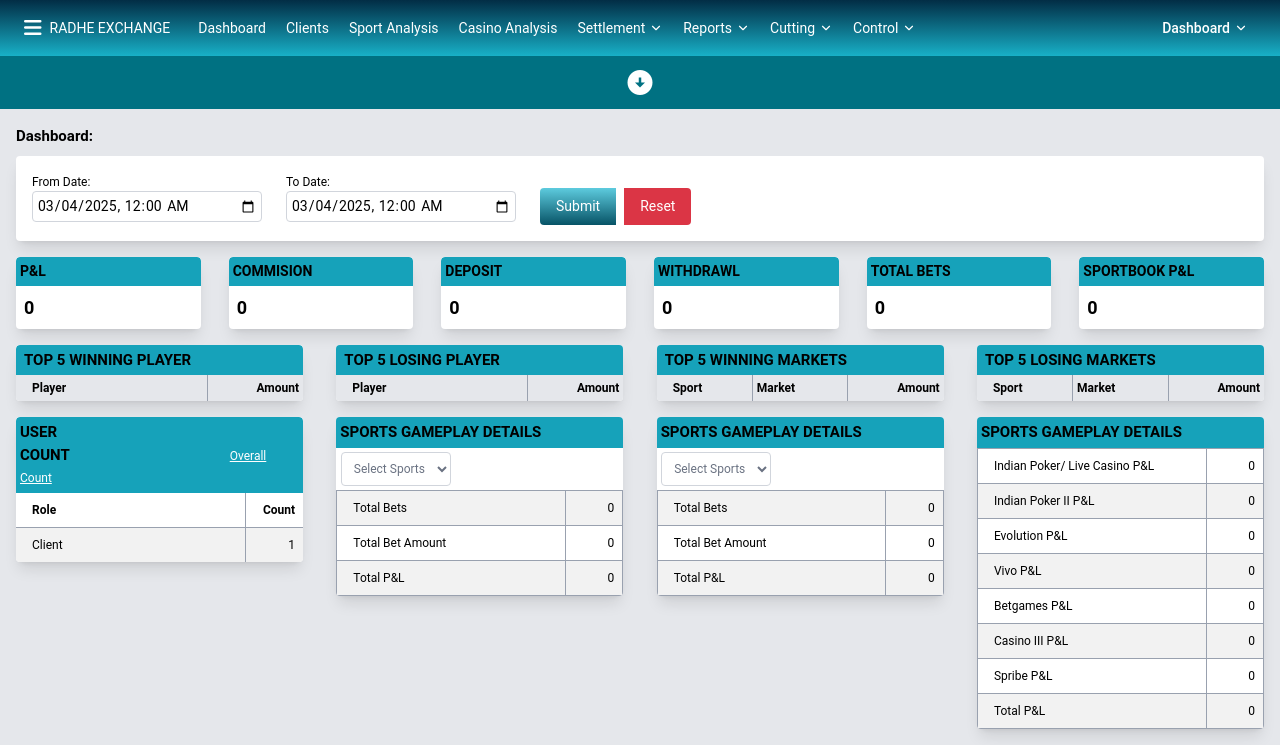
Repository: Habeebur1493/Radhe-Exchange
Page: /dashboard (app in frontend/)
The author's editor kept a copy of each file at every save. The page is drawn from the files as they stood at one save, then again after the next save.
The browser window is 1280 px wide. The pictures show the whole page.
Some web libraries are served in a nearby version. The project was rebuilt for these pictures with package versions that can differ from the ones it lists, and the page was loaded fresh each time. Also part of the build but not shown: frontend/vite.config.js, frontend/src/components/login.jsx, frontend/src/components/Register.jsx.

Above is the page before, as saved 2025-03-04 17:23:30.

After the next save:
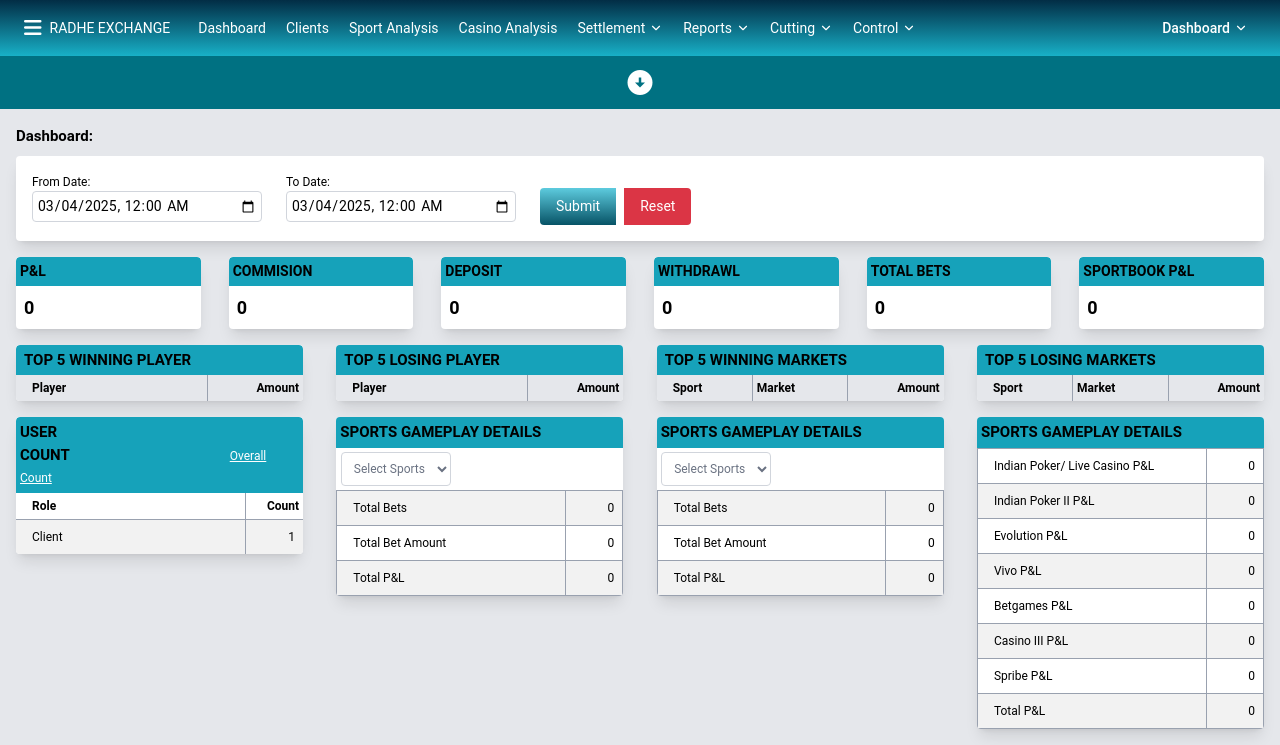
Saved 31 s later.
--- a/frontend/src/components/DashContent.jsx
+++ b/frontend/src/components/DashContent.jsx
@@ -174,7 +174,7 @@ const DashContent = () => {
                 <th className="p-1 text-left pl-4 border-b border-r border-gray-400 w-4/5">
                   Role
                 </th>
-                <th className="p-2 text-right w-1/3 border-b border-gray-400 ">Count</th>
+                <th className="p-1 text-right w-1/3 border-b border-gray-400 ">Count</th>
               </tr>
               <tr className="bg-[#f2f2f2] border-gray-400">
                 <th className="p-2 text-left pl-4 border-r font-normal border-gray-400 w-4/5">
